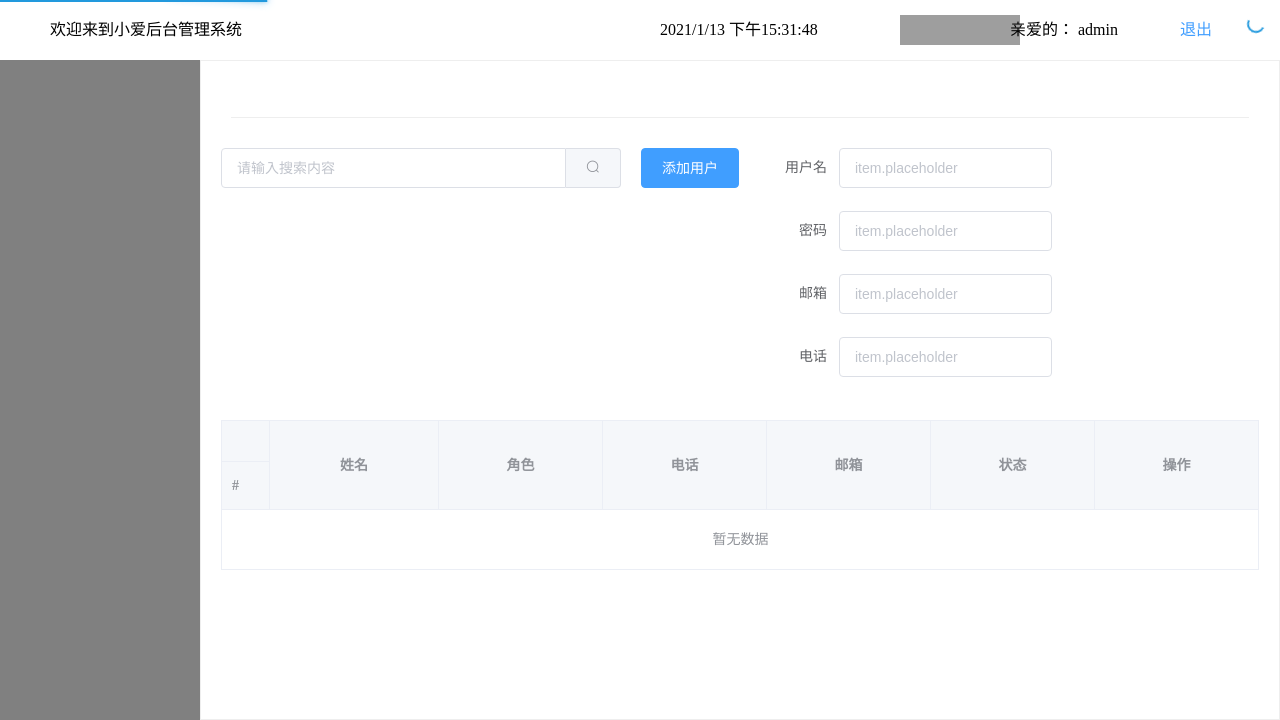
Repository: heyegang/vuex
Page: /usermanagement
An editor plug-in stored every save of this project. The page is shown before and after the next save, followed by the edit.
The browser window is 1280 px wide. The pictures show the whole page.
Pictures or frames that could not be fetched are drawn as grey boxes. The page's requests for data from a server got no answer. The project was rebuilt for these pictures with package versions that can differ from the ones it lists, and the page was loaded fresh each time. No one was signed in, and anything a server would have sent is missing. Also part of the build but not shown: vue.config.js, src/views/Home.vue, src/components/navsidebar/NavSidebar.vue.

Above is the page before, as saved 2021-01-13 16:05:15.

### src/main.js
import Vue from "vue";
import App from "./App.vue";
import router from "./router";
import store from "./store";
import ElementUI from "element-ui";
import "element-ui/lib/theme-chalk/index.css"

Vue.use(ElementUI)
Vue.config.productionTip = false;

new Vue({
  router,
  store,
  render: h => h(App)
}).$mount("#app");

### src/App.vue
<template>
  <div id="app">
    <router-view />
  </div>
</template>

<style lang="scss">
*{
  margin: 0;
  padding: 0;
}
html,body,#app{
  height: 100%;
}
</style>

### src/router/index.js
import Vue from "vue";
import VueRouter from "vue-router";
import Home from "../views/Home.vue";
import Layout from "../views/layout/Layout.vue";

Vue.use(VueRouter);

const routes = [
  {
   path:"",
  component:Layout,
  children:[{
    path: "/",
    name: "Home",
    component: Home
  },
  {
    path: "/usermanagement",
    name: "usermanagement",
    component: () => import('../views/usermanagement/UserManagement.vue')
  },

  ]},
  {
    path: "/login",
    name: "login",
    component: () => import('../views/login/Login.vue')
  },
];

const router = new VueRouter({
  mode: "history",
  base: process.env.BASE_URL,
  routes
});

export default router;

### src/store/index.js
import Vue from "vue";
import Vuex from "vuex";
import user from "./user";
import layout from "./layout";
import Administration from "./Administration/Administration"
Vue.use(Vuex);

export default new Vuex.Store({
  state: {
    // 存放数据
  },
  mutations: {
    // 同步修改state
  },
  actions: {},
  modules: {
    // 代表模块
    user,
    layout,
    Administration,
  }
});

### src/views/layout/Layout.vue
<template>
  <div>
    <el-container>
      <el-header>
        <nav-header></nav-header>
      </el-header>
      <el-container>
        <el-aside width="200px">
          <nav-sidebar :layouts='layouts' v-if='layouts.length>0'></nav-sidebar>
        </el-aside>
        <el-main>
          <nav-label></nav-label>
          <router-view></router-view>
        </el-main>
      </el-container>
    </el-container>
  </div>
</template>

<script>
import NavHeader from "../../components/navheader/NavHeader";
import NavSidebar from "../../components/navsidebar/NavSidebar";
import NavLabel from "../../components/navlabel/NavLabel";
import {createNamespacedHelpers} from 'vuex'
let userModule = createNamespacedHelpers('layout')
let {mapState: layoutState,mapActions: layoutActions} = userModule
export default {
  name: "",
  props: {},
  data() {
    return {
      sidebars:[]
    };
  },
  components: {
    NavHeader,
    NavSidebar,
    NavLabel,
  },
  methods: {
    ...layoutActions(['gettype'])
  },
  mounted() {
    this.gettype()
  },
  computed: {
    ...layoutState(['layouts'])
  },
  watch: {}
};
</script>

<style lang='scss' scoped>
.el-header,
.el-footer {
  line-height: 60px;
}

.el-aside {
  position: fixed;
  top: 60px;
  bottom: 0;
  background-color: gray;
}

.el-main {
  position: fixed;
  bottom: 0;
  right: 0;
  top: 60px;
  left: 200px;
  border: 1px solid #eeeeee;
}

body > .el-container {
  margin-bottom: 40px;
}

.el-container:nth-child(5) .el-aside,
.el-container:nth-child(6) .el-aside {
  line-height: 260px;
}

.el-container:nth-child(7) .el-aside {
  line-height: 320px;
}
</style>

### src/views/usermanagement/UserManagement.vue
<template>
  <div class="back">
    <!-- SEARCH -->
    <ai-search :data="StrSearch" :options="options">
      <template #searchs>
        <el-input
          placeholder="请输入搜索内容"
          v-model="input2"
          style="width:400px"
          :validate-event="false"
        >
          <template slot="append">
            <div @click="search">
              <i class="el-icon-search"></i>
            </div>
          </template>
        </el-input>
      </template>
      <!-- ADD -->
      <template #adds>
        <el-button type="primary" @click="TakeoutUsers">添加用户</el-button>
      </template>
    </ai-search>

    <!-- TAB -->
    <ai-table
      :data="Administrations"
      :columns="columns"
      border
      :extend="extend"
    >
      <template #action="scope">
        <el-button type="primary" @click="edit(scope.scope)" size="mini">
          <i class="el-icon-edit"></i>
        </el-button>
        <el-button type="danger" @click="cls" size="mini">
          <i class="el-icon-delete"></i>
        </el-button>
        <el-button type="warning" @click="distribution" size="mini">
          <i class="el-icon-setting"></i>
        </el-button>
      </template>

      <template #switchs>
        <el-switch :v-model="value"> </el-switch>
      </template>
    </ai-table>
  </div>
</template>

<script>
import { createNamespacedHelpers } from "vuex";
let userModule = createNamespacedHelpers("Administration");
let { mapState: AdmState, mapActions: AdmActions } = userModule;
import AiTable from "../../components/aitable/AiTable";
import AiSearch from "../../components/aisearch/AiSearch";
export default {
  name: "",
  props: {},
  data() {
    return {
      value: true,
      pagenum: 1,
      pagesize: 5,
      query: "",
      // 表格配置项
      columns: [
        {
          label: "姓名",
          prop: "username",
          align: "center"
        },
        {
          label: "角色",
          prop: "role_name",
          align: "center"
        },
        {
          label: "电话",
          prop: "mobile",
          align: "center"
        },
        {
          label: "邮箱",
          prop: "email",
          align: "center"
        },
        {
          label: "状态",
          prop: "mg_state",
          align: "center",
          slot: "switchs"
        },
        {
          label: "操作",
          prop: "",
          align: "center",
          slot: "action"
        }
      ],
      // 序号项
      extend: [
        {
          type: "index",
          label: "#"
        }
      ],
      // 表单配置项
      options: [
        {
          // 用户名框
          // 表单类型
          type: "input",
          label: "用户名",
          prop: "username",
          placeholder:"请输入用户名",
          // 输入内容
          value: "",
          // 规则
          rules:[
            {
              // 必传
              require: true,
              // 提示
              message: "用户名不能为空",
              // 失去焦点后提交
              trigger: "blur"
            }
          ],
          // 除了props里面之外接受其他的属性

        },
        {
          // 密码框
          type: "input",
          label: "密码",
          prop: "password",
          placeholder:'请输入密码',
          value: "",
          rules: [
            {
              require: true,
              message: "密码不能为空",
              trigger: "blur"
            }
          ],
          attrs: {
            "show-password": true
          }
        },
        {
          // 邮箱框
          type: "input",
          label: "邮箱",
          prop: "email",
          placeholder:'请输入邮箱',
          value: "",
          rules: [
            {
              trigger: "blur"
            }
          ],
        },
        {
          // 电话框
          type: "input",
          label: "电话",
          prop: "mobile",
          placeholder:'请输入电话',
          value: "",
          rules: [
            {
              trigger: "blur"
            }
          ],
        },
      ],
      input2: "",
      // username: "",
      // password: "",
      // email: "",
      // mobile: ""
    };
  },
  components: {
    AiTable,
    AiSearch
  },
  methods: {
    ...AdmActions(["getusers", "getquery", "postuser"]),
    // 编辑角色
    edit(scope) {
      console.log(scope);
    },
    // 删除角色
    cls() {
      console.log(1);
    },
    // 分配角色
    distribution() {
      console.log(2);
    },
    // 搜索
    search() {
      this.getquery({
        id: this.input2
      });
      console.log(this.StrSearch);
    },
    // 添加用户
    TakeoutUsers() {
      console.log(1)
    }
    //
  },
  mounted() {
    // 获取表格数据
    this.getusers({
      query: "",
      pagenum: this.pagenum,
      pagesize: this.pagesize
    }),
      console.log(this.Administrations);
    //
  },
  computed: {
    ...AdmState(["Administrations", "StrSearch", "Add"])
  },
  watch: {}
};
</script>

<style lang='scss' scoped>
.back {
  color: black;
}
</style>

### src/store/user.js
import { Message } from "element-ui";
import api from '../http/api';
import router from '../router'

export default {
    namespaced:true,
    // 开启命名空间

    state: {
        // 存放数据
        users:[]
      },
      mutations: {
        // 同步修改state
        setUsers(state,data){
            state.users = data
        }
      },
      actions: {
        //   发请求
        // 所有的方法
        // 登录 每一个action的方法都有两个参数 第一个是store 第二个是请求的参数
        // store可以解构为commit dispatch(提交另外一个action)
        async login(_,params){
            let res = await api.login(params)
            if(res.meta.status === 200){
                // 请求成功 存用户 跳转路由 提示用户
                localStorage.setItem('user', JSON.stringify(res.data))
                localStorage.setItem('token', res.data.token)
                Message.success('登录成功')
                router.push('/')
            } else {
                Message.error(res.meta.msg)
            }
        },
        // async getUsers({commit},params){
        //     let res = await api.getUsers(params)
        //     if(res.meta.status === 200) {
        //         commit('setUsers',res.data)
        //     }else {
        //         Message.error(res.meta.msg)
        //     }
        // } ,
      },
}

### src/store/layout.js
import api from '../http/api';
import { Message } from "element-ui";



export default {
  namespaced:true,
  state: {
    // 存放数据
    layouts:[]
  },
  mutations: {
    // 同步修改state
    setLayout(state,data){
      state.layouts = data
    }
  },
  actions: {
    async gettype({commit},params){
      let res = await api.gettype(params)
      if(res.meta.status === 200){
      //  console.log(res)
        commit('setLayout',res.data)
      }else {
        Message.error(res.meta.msg)
      }
    },
  },
}

### src/store/Administration/Administration.js
import { Message } from "element-ui";
import api from '../../http/api';

export default({
  namespaced:true,

  state: {
    // 存放数据
    Administrations:[],
    StrSearch:[],
    Add:[],
  },
  mutations: {
    // 同步修改state
    setAdministration(state,data){
      state.Administrations = data
    },
    setStrSearch(state,data){
      state.StrSearch = data
    },
    setAdd(state,data){
      state.Add = data
    },
  },
  // 数据列表
  actions: {
    // 获取表格数据请求
    async getusers({commit},params){
      let res =await api.getusers(params)
      if(res.meta.status === 200) {
        console.log(res)
        commit('setAdministration',res.data.users)
      } else {
        Message.error(res.meta.msg)
      }
    },
    // 搜索请求事件
    async getquery({commit},params){
      let res =await api.getquery(params)
      if(res.meta.status === 200) {
        console.log(res)
        commit('setStrSearch',res.data)
      } else {
        Message.error(res.meta.msg)
      }
    },
    // 添加用户
    async postuser({commit},params){
      let res =await api.postuser(params)
      if(res.meta.status === 200) {
        console.log(res)
        commit('setAdd',res.data)
      } else {
        Message.error(res.meta.msg)
      }
    }
  },

})

### src/components/navheader/NavHeader.vue
<template>
  <div class="top">
      <div style="margin-left:30px;">
          欢迎来到小爱后台管理系统
      </div>
      <div class="box">
          {{times}}
      </div>
      <div class="weather">
          <div class="weather"><iframe scrolling="no" src="https://tianqiapi.com/api.php?style=yd&skin=pitaya" frameborder="0" width="100%" height="30" allowtransparency="true"></iframe></div>
    <!--获取天气-->
      </div>
      <div class="hello">
          亲爱的： admin
      </div>
      <div class="esc">
          退出
      </div>
  </div>
</template>

<script>
export default {
  name: '',
  props:{},
  data () {
    return {
      times:'',//格式化之后的当前时间
      currentTime: new Date() //当前时间
    }
  },
  components: {},
  methods: {
    getTimes(){
      setInterval(this.getTimesInterval, 1000);
    },
    getTimesInterval:function() {
      let _this = this;
      let year = new Date().getFullYear(); //获取当前时间的年份
      let month = new Date().getMonth() + 1; //获取当前时间的月份
      let day = new Date().getDate(); //获取当前时间的天数
      let hours = new Date().getHours(); //获取当前时间的小时
      let minutes = new Date().getMinutes(); //获取当前时间的分数
      let seconds = new Date().getSeconds(); //获取当前时间的秒数
      let hello = "";
      //当小于 10 的是时候，在前面加 0
      if (hours < 10) {
        hours = "0" + hours;
      }
      if (minutes < 10) {
        minutes = "0" + minutes;
      }
      if (seconds < 10) {
        seconds = "0" + seconds;
      }
      //一天中的时间
      if (hours > 6 && hours <13){
          hello = "上午";
      }
      if (hours > 13 && hours <18){
          hello = "下午";
      }
      if (hours > 18 && hours <24){
          hello = "晚上";
      }
      if (hours >0 && hours < 6){
          hello = "凌晨";
      }
      //拼接格式化当前时间
      _this.times = year + "/" + month + "/" + day + " " +hello+ hours + ":" + minutes + ":" + seconds;
    },
  },
  mounted() {
    this.getTimes()
  },
  computed: {},
  watch: {},
}
</script>

<style lang='scss' scoped>
.top{
    display: flex;
    position: relative;
    line-height: 60px;
}
.box{
    width: 220px;
    position: absolute;
    right: 380px;
    color: black;
}
.weather{
    width: 120px;
    position: absolute;
    right: 120px;
    top: 5px;
}
.hello{
    width: 120px;
    position: absolute;
    right: 130px;
}
.esc{
    width: 60px;
    position: absolute;
    right: 20px;
    color: #409EFF;
}
</style>

### src/components/navlabel/NavLabel.vue
<template>
  <div class="LabelBox">
  </div>
</template>

<script>
export default {
  name: '',
  props:{},
  data () {
    return {
    }
  },
  components: {},
  methods: {},
  mounted() {},
  computed: {},
  watch: {}
}
</script>

<style lang='scss' scoped>
.LabelBox{
  width: 98%;
  height: 36px;
  border-bottom: 1px solid #eee;
  margin-left: 1%;

}
</style>

### src/components/aitable/AiTable.vue
<template>
  <!-- <div>
    <ai-form></ai-form>
  </div> -->
    <el-table
      :border="border"
      :data="data"
      style="width: 100%"
      >
      <el-table-column v-if="extend && extend.length">
        <el-table-column
        v-for="(item) in extend"
        :key="item.type"
        :type="item.type"
        :label="item.label"
        >
        </el-table-column>
      </el-table-column>
      <el-table-column
      v-for="(item,index) in columns.slice(0, columns.length - 1)"
      :key="index"
      :label="item.label"
      :align='item.align'
      >
      <template slot-scope="scope">
        <div v-if="item.slot" :scope="scope">
          <slot :name="item.slot"></slot>
        </div>
        <div v-else>
          {{scope.row[item.prop]}}
        </div>
      </template>
      </el-table-column>


      <!-- <el-table-column :label="columns[columns.length-2].label">
        <template>
          <slot name="switchs"></slot>
        </template>
      </el-table-column> -->

      <!-- <el-table-column>
        <template slot-scope="scope">
          <slot name="action" :scope="scope"></slot>
        </template>
      </el-table-column> -->

      <el-table-column :label="columns[columns.length-1].label" align='center'>
        <template slot-scope="scope">
          <slot name="action" :scope="scope"></slot>
        </template>
      </el-table-column>
    </el-table>
</template>

<script>

export default {
  name: '',
  props:{
    data:{
      type:Array,
      required:true
    },
    columns:{
      type:Array,
      required:true
    },
    border:{
      type:Boolean,
      dafault:false,
    },
    extend:{
      type:Array,
    }
  },
  data () {
    return {

    }
  },
  components: {},
  methods: {
    action(){

    }
  },
  mounted() {},
  computed: {},
  watch: {
    // action(){
    //   return this.columns[this.columns.length-1]
    // }
  }
}
</script>

<style lang='scss' scoped>

</style>

### src/components/aisearch/AiSearch.vue
<template>
  <div class="box">
    <div>
      <slot name="searchs"></slot>
      <slot #append></slot>
    </div>
    <div class="add">
      <slot name="adds"></slot>
    </div>
    <!-- 添加弹框 -->

      <el-form
        :model="ruleForm"
        :rules="rules"
        ref="ruleForm"
        label-width="100px"
        class="demo-ruleForm"
      >
        <!-- key不能绑定在template中 -->
        <template v-for="(item, index) in options">
          <el-form-item :key="index"
          :label="item.label"
          :prop="item.prop">
            <!-- 生成图表 -->
            <!-- is内跟传过来的标签名：样式标签 -->
            <component :is="`el-${item.type}`" v-model="ruleForm[item.prop]" placeholder="item.placeholder"></component>
          </el-form-item>
        </template>
      </el-form>
  </div>
</template>

<script>
import cloneDeep from 'lodash/cloneDeep'
export default {
  name: "",
  props: {
    data: {
      type: Array,
      required: true
    },
    options:{
      type:Array,
      required:true
    }
  },
  data() {
    return {
      ruleForm: {},
      rules: {}
    };
  },
  components: {},
  methods: {
    // search(){
    //   this.getquery({
    //     id:this.input2
    //   })
    //   console.log(this.StrSearch);
    // }
    // 初始化from
    initForm(){
      let ruleForm = {}
      let rules = {}
      this.options.map(item => {
        ruleForm[item.prop] = item.value
        rules[item.prop] = item.rules
      }),
      this.ruleForm = cloneDeep(ruleForm)
      this.rules = cloneDeep(rules)
      console.log(ruleForm)
      console.log(rules)
    }
  },
  mounted() {
    this.initForm()
  },
  computed: {},
  watch: {}
};
</script>

<style lang='scss' scoped>
.box {
  position: relative;
  top: 30px;
  margin-bottom: 50px;
  display: flex;
}
.add {
  margin-left: 20px;
}
</style>

### src/http/api.js
import http from './index'

export default{
     login({username,password}){
        return http.post('/login',{
            username,
            password
        })
     },
    //  getUsers({pagenum,pagesize,query}){
    //      if(query){
    //          return http.get(`/users?pagenum=${pagenum}&pagesize=${pagesize}&query=${query}`)
    //      } else {
    //          return http.get(`/users?pagenum=${pagenum}&pagesize=${pagesize}`)
    //      }

    //  },
    // 侧边导航栏
     gettype(){
         return http.get('/menus')
     },
    //  用户数据列表
     getusers({query,pagenum,pagesize}){
        if(query){
            return http.get(`/users?pagenum=${pagenum}&pagesize=${pagesize}&query=${query}`)
        } else {
            return http.get(`/users?pagenum=${pagenum}&pagesize=${pagesize}`)
        }
     },
    //  添加用户
     postuser({username,password,email,mobile}){
        return http.post(`/users`,
        username,
        password,
        email,
        mobile,
        )
     },
    //  修改用户状态请求
    // modify

    // 查询请求
    getquery(id){
        return http.get(`/users/${id}?id=${id}`)
    },
    // 编辑用户提交请求
    putedit({id,email,mobile}){
        return http.put(`/users/${id}?id=${id}&email=${email}&mobile=${mobile}`)
    },
    // 删除用户
    deluser(id){
        return http.delete( `/users/${id}?id=${id}`)
    },
    // 分配用户角色
    putroles({id,rid}){
        return http.put(`/users/${id}/role?id=${id}&rid=${rid}`)
    },
}

### src/http/index.js
import axios from 'axios'
import nprogress from 'nprogress'
import 'nprogress/nprogress.css'
import {Message} from 'element-ui'

// 需要区分当前环境是开发环境(development)还是生产环境(production)
let isPro = process.env.NODE_ENV === 'productin'

const http = axios.create({
    baseURL: isPro ? '线上接口路径':'/api',
    timeout:10000
})

// 请求拦截
http.interceptors.request.use(config =>{
    nprogress.start()
    // 配置token token是鉴权的一种方式
    // 在登陆成功后 会返回当前用户的token 存在本地
    // 可用（百度：js加密插件）加密插件加密token
    let token = localStorage.getItem('token')
    // 账号密码和token分开存
    if(token){
        config.headers.Authorization = token
    }
    return config
},err =>{
    nprogress.done()
    return Promise.reject(err)
})

// 响应拦截
http.interceptors.response.use(res => {
    nprogress.done()
    return res.data
},err => {

    // 请求失败
    let status = err.response && err.response.status
    // 状态码
    if (status === 400) {
        Message.error('参数错误')
    }
    if (status === 401) {
        Message.error('没有权限')
    }
    if (status === 403) {
        Message.error('登录过期')
    }
    if (status === 404) {
        Message.error('路径错误')
    }
    if (status === 500) {
        Message.error('服务器错误')
    }
    if (status === 403) {
        Message.error('服务器在维护')
    }
    return Promise.reject(err)
})


export default http

Loaded but not shown: public/index.html (common file)

After the next save:
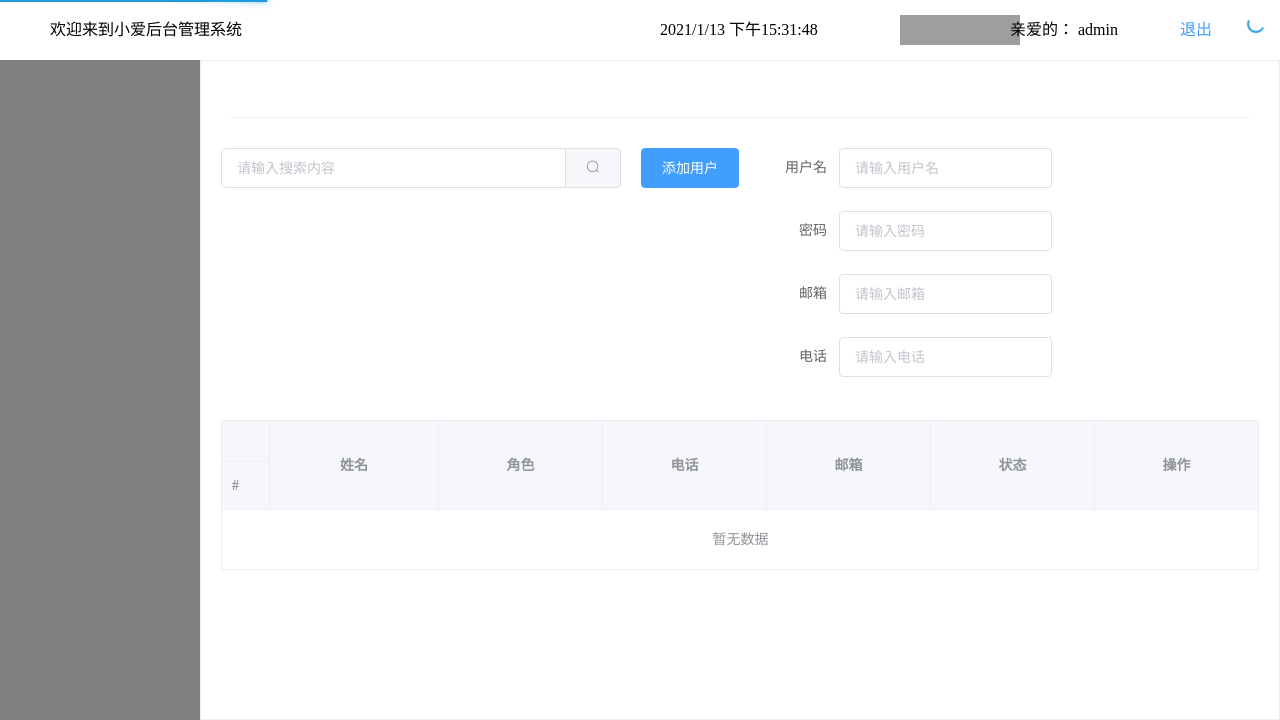
Saved 16 s later.
--- a/src/components/aisearch/AiSearch.vue
+++ b/src/components/aisearch/AiSearch.vue
@@ -23,7 +23,7 @@
           :prop="item.prop">
             <!-- 生成图表 -->
             <!-- is内跟传过来的标签名：样式标签 -->
-            <component :is="`el-${item.type}`" v-model="ruleForm[item.prop]" placeholder="item.placeholder"></component>
+            <component :is="`el-${item.type}`" v-model="ruleForm[item.prop]" :placeholder="item.placeholder"></component>
           </el-form-item>
         </template>
       </el-form>
